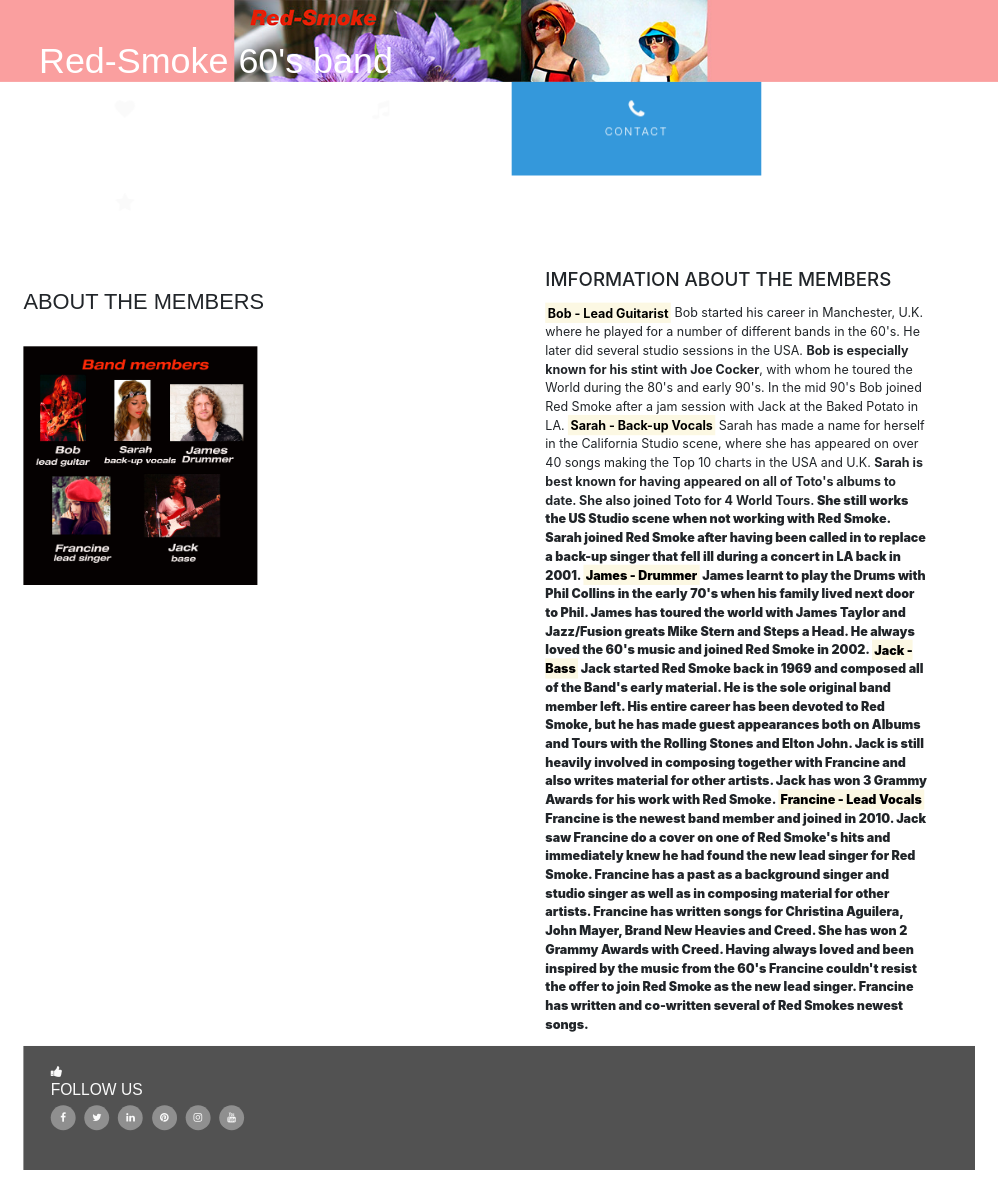
Repository: eazeldon/first-website-project
Page: pictures.html
The author's editor kept a record of every edit. The page is drawn from the files as they stood at one moment, then again after the next edit.
The browser window is 1280 px wide. The pictures show the whole page, at 78% of full size.

Above is the page before.

After the next edit:
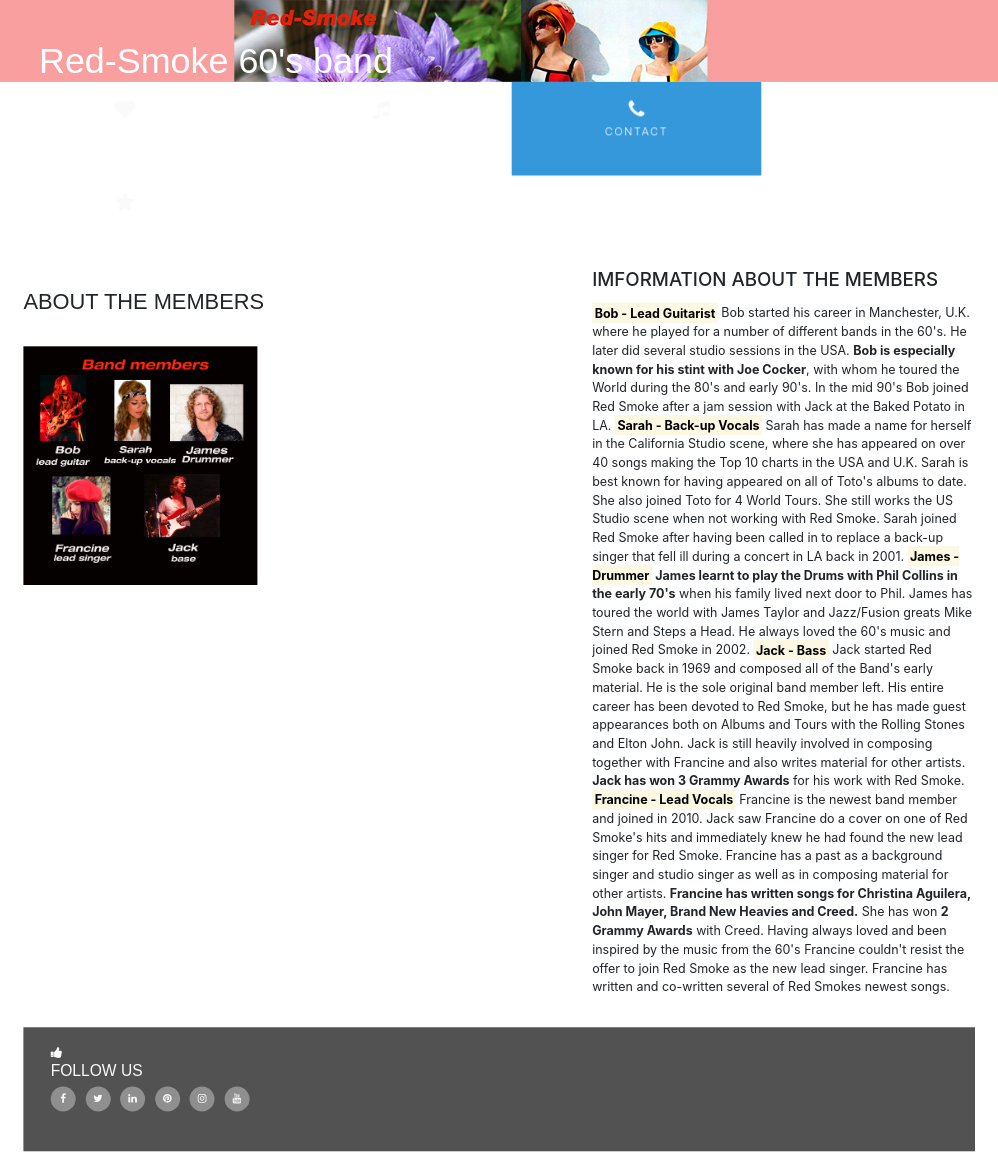
The edit:
--- a/pictures.html
+++ b/pictures.html
@@ -96,7 +96,7 @@
                                     <strong><mark>Sarah - Back-up Vocals</mark></strong>
 
                                     Sarah has made a name for herself in the California Studio scene, where she has appeared on over 40 songs making the Top 10 charts in the USA and U.K.
-                                    <strong>Sarah is best known for having appeared on all of Toto's albums to date. She also joined Toto for 4 World Tours.<strong>
+                                   Sarah is best known for having appeared on all of Toto's albums to date. She also joined Toto for 4 World Tours.
                                     She still works the US Studio scene when not working with Red Smoke.
                                     Sarah joined Red Smoke after having been called in to replace a back-up singer that fell ill during a concert in LA back in 2001.
 
